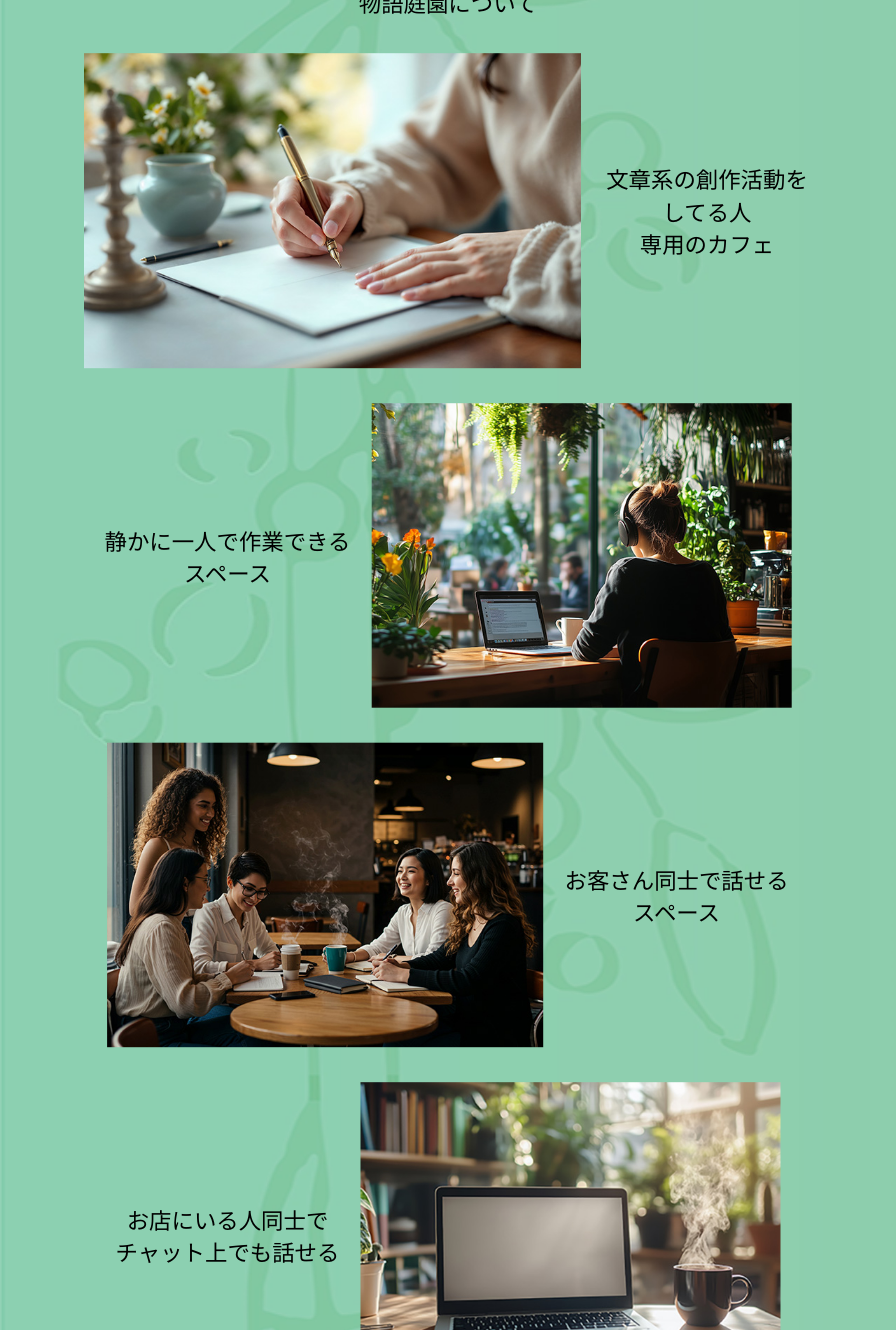
Repository: saka-kou/GardenStory
Page: index.html
An editor plug-in stored every save of this project. The page is shown before and after the next save, followed by the edit.
The browser window is 1280 px wide. The pictures show the part of the page from y = 1020 to 2920 px (the page is 6077 px tall before and 5934 px after), at 70% of full size.
A picture or video elsewhere on the page could not be fetched, so the positions and the page height are approximate. Some web fonts or font styles are not loaded; a fallback is used.

Above is the page before, as saved 2025-07-24 15:24:50.

After the next save:
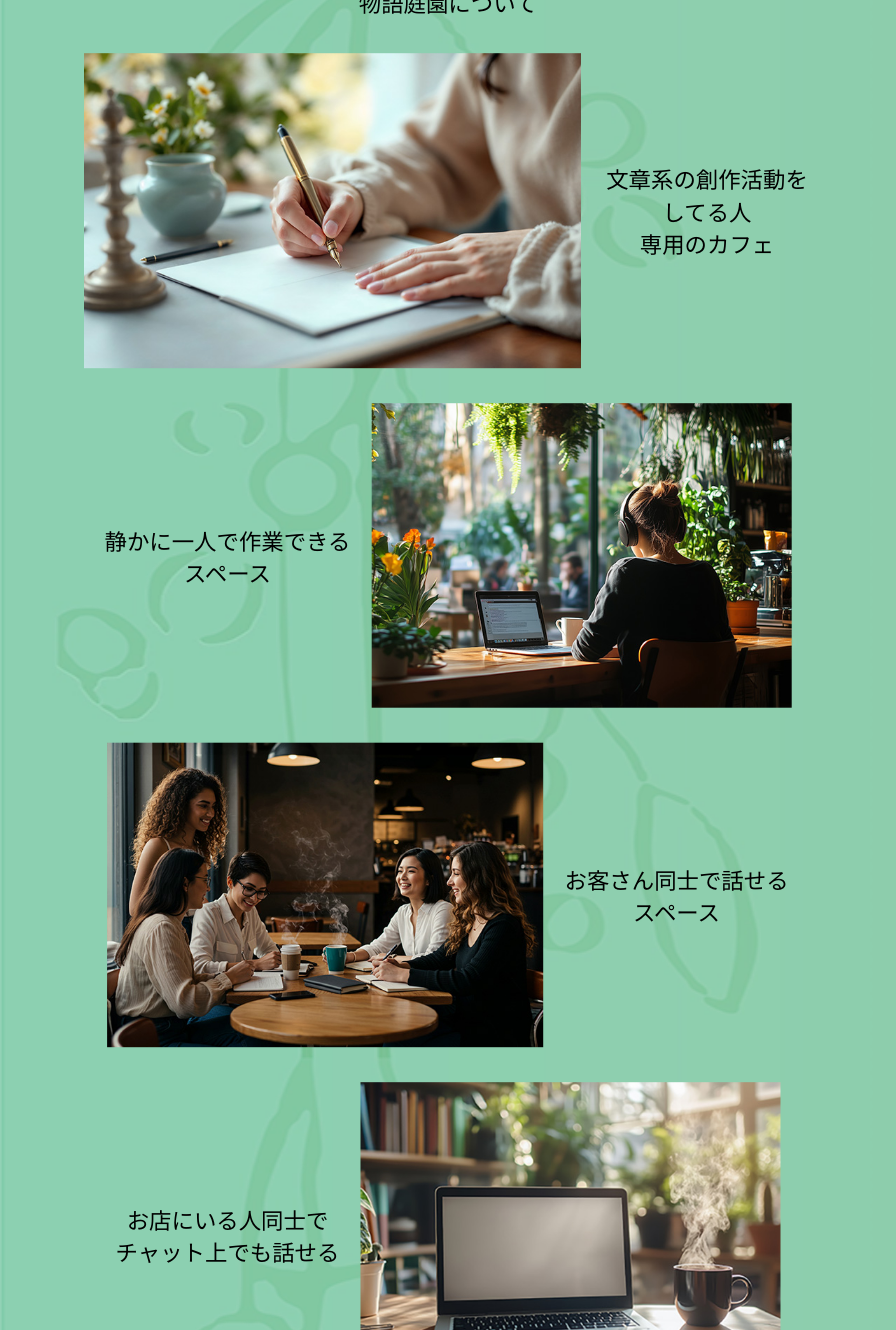
Saved 60 s later.
--- a/css/index.css
+++ b/css/index.css
@@ -92,7 +92,6 @@ main{
 .menuname{
     display: flex;
     flex-direction: column;
-    font-size: 32px;
 }
 .menuname{
     display: flex;
